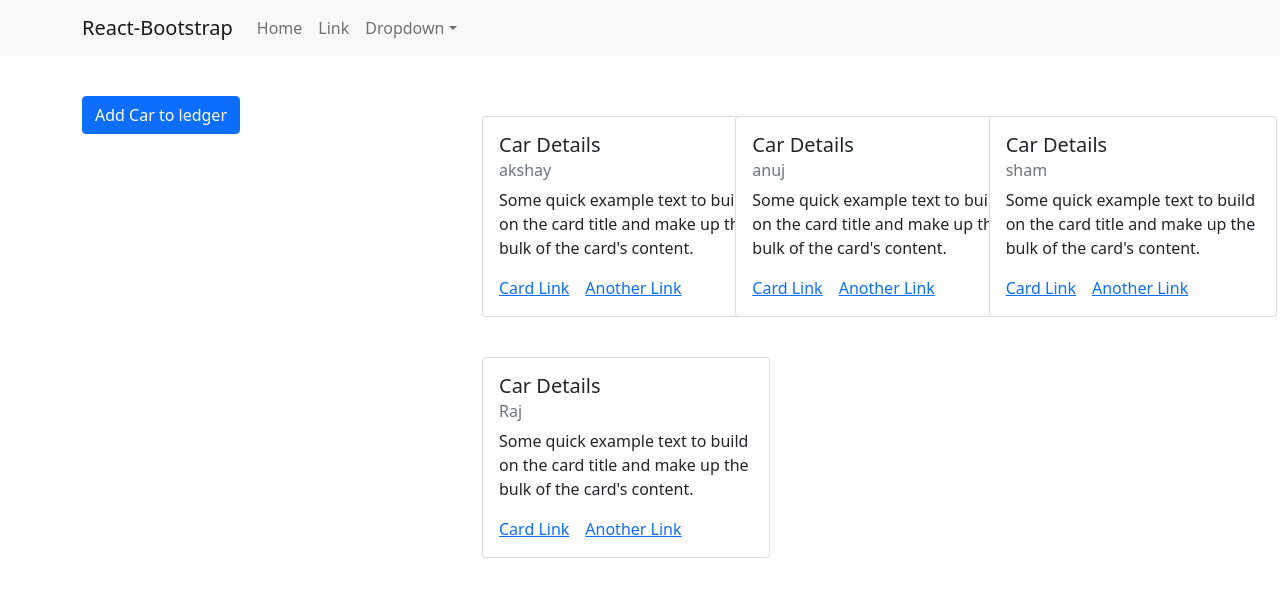
Repository: akshaykurhekar/hyperledger-asset-monetization-dapp
Page: / (app in fabcarWeb/new-ui/)
The author's editor kept a copy of each file at every save. The page is drawn from the files as they stood at one save, then again after a run of saves.
The browser window is 1280 px wide. The pictures show the whole page.
The project was rebuilt for these pictures with package versions that can differ from the ones it lists, and the page was loaded fresh each time.

Above is the page before, as saved 2022-03-30 18:00:59.

After the next 2 saves:
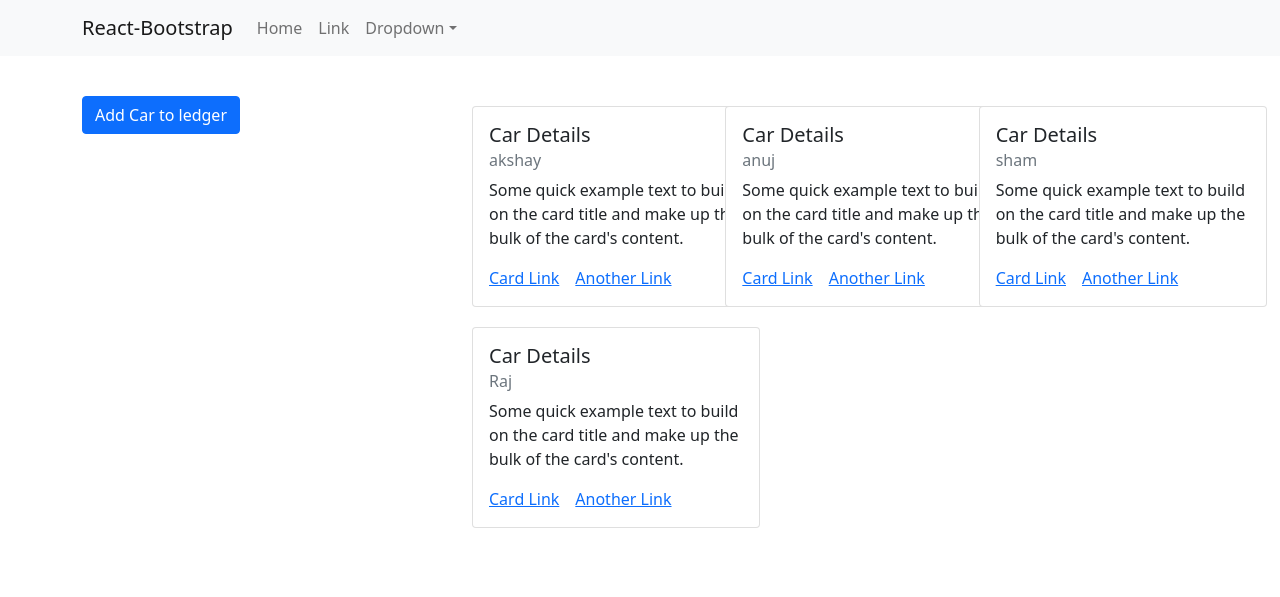
The 2 saves are shown as one change because they came seconds apart.
The last was saved 17 s later.
--- a/fabcarWeb/new-ui/src/components/card.js
+++ b/fabcarWeb/new-ui/src/components/card.js
@@ -3,7 +3,7 @@
 
 const Cards = (props)=>{
     return (
-        <Card style={{ width: '18rem',margin:'20px' }}>
+        <Card style={{ width: '18rem',margin:'10px' }}>
             <Card.Body>
                 <Card.Title>Car Details</Card.Title>
                 <Card.Subtitle className="mb-2 text-muted">{props.name}</Card.Subtitle>
